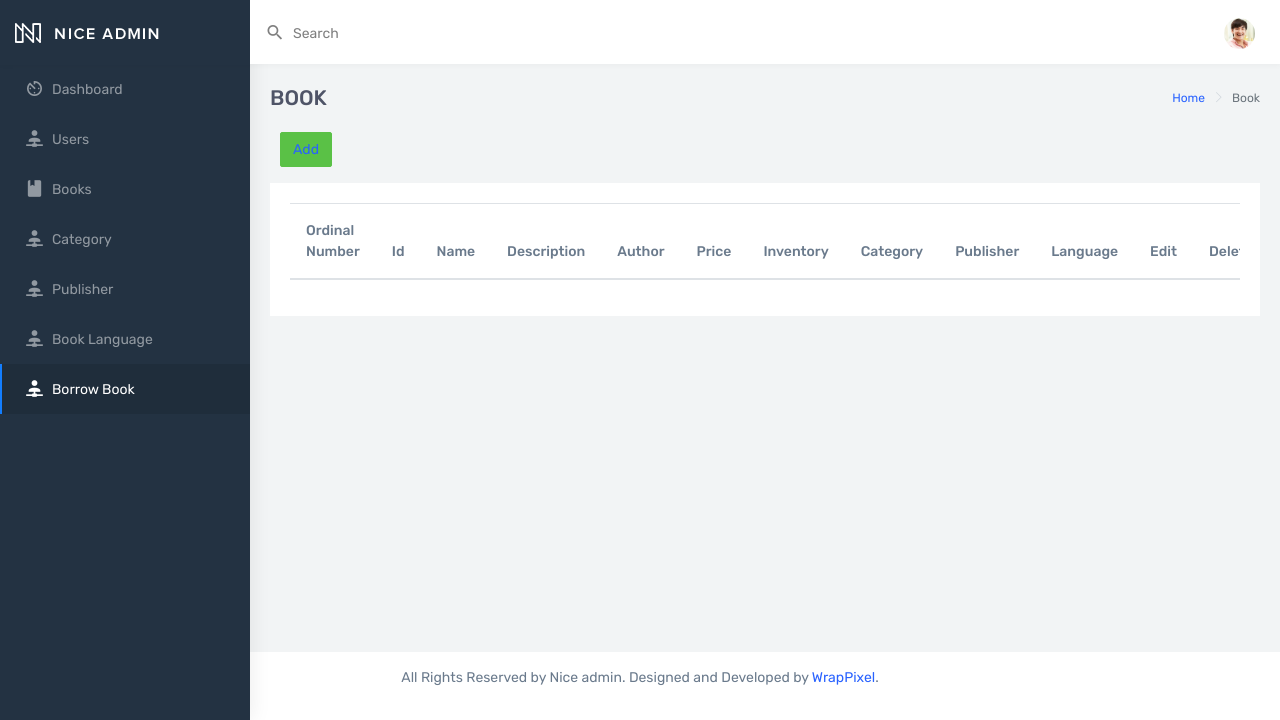
Repository: dev1xc/library-management-system
Page: http://localhost/admin/borrow-book
The author's editor kept a copy of each file at every save. The page is drawn from the files as they stood at one save, then again after the next save.
The browser window is 1280 px wide. The pictures show the whole page.
The page is served by the project's Laravel application, run on PHP 8.4 with Laravel 10. The first stored user is signed in. The database holds what the project's SQL file puts in it. Queries for data that is not in the repository find no rows.

Above is the page before, as saved 2024-02-08 08:28:32.
Console error: TypeError: Cannot read properties of null (reading 'querySelector')

After the next save:
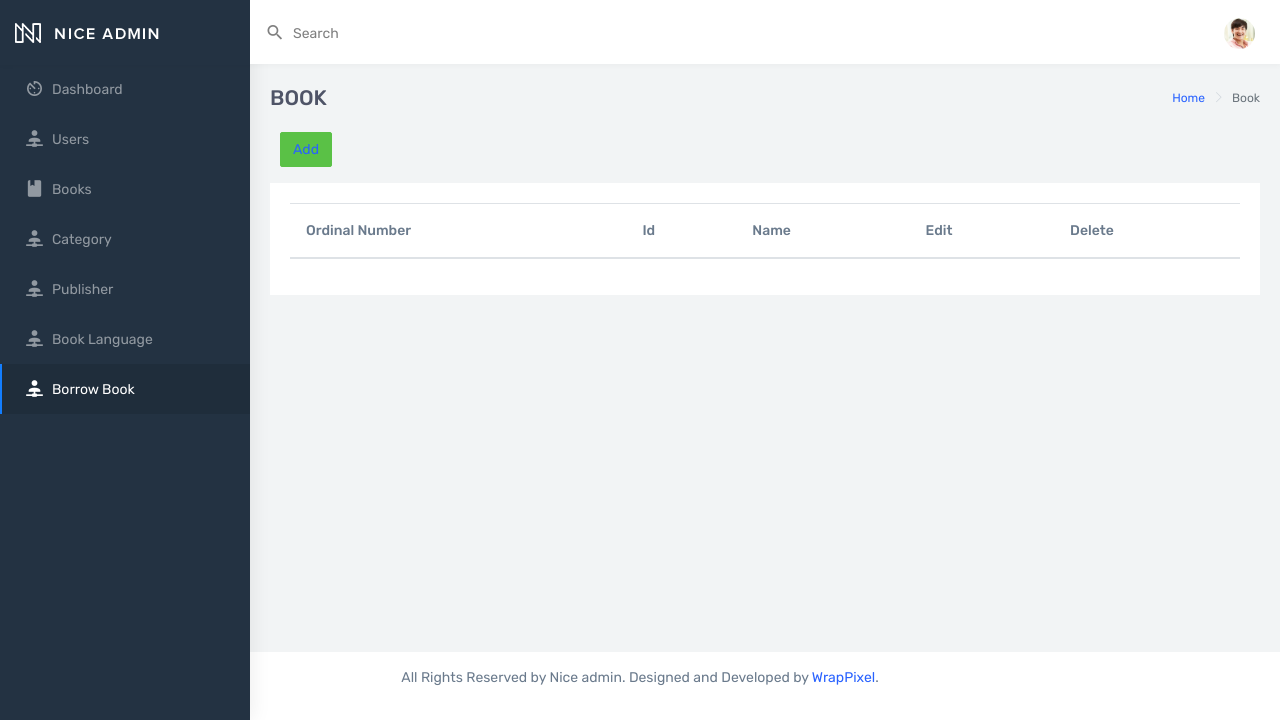
Saved 50 s later.
--- a/resources/views/admin/functions/borrow/index.blade.php
+++ b/resources/views/admin/functions/borrow/index.blade.php
@@ -55,13 +55,6 @@
                     <th scope="col">Ordinal Number</th>
                     <th scope="col">Id</th>
                     <th scope="col">Name</th>
-                    <th scope="col">Description</th>
-                    <th scope="col">Author</th>
-                    <th scope="col">Price</th>
-                    <th scope="col">Inventory</th>
-                    <th scope="col">Category</th>
-                    <th scope="col">Publisher</th>
-                    <th scope="col">Language</th>
                     <th scope="col">Edit</th>
                     <th scope="col">Delete</th>
                   </tr>
